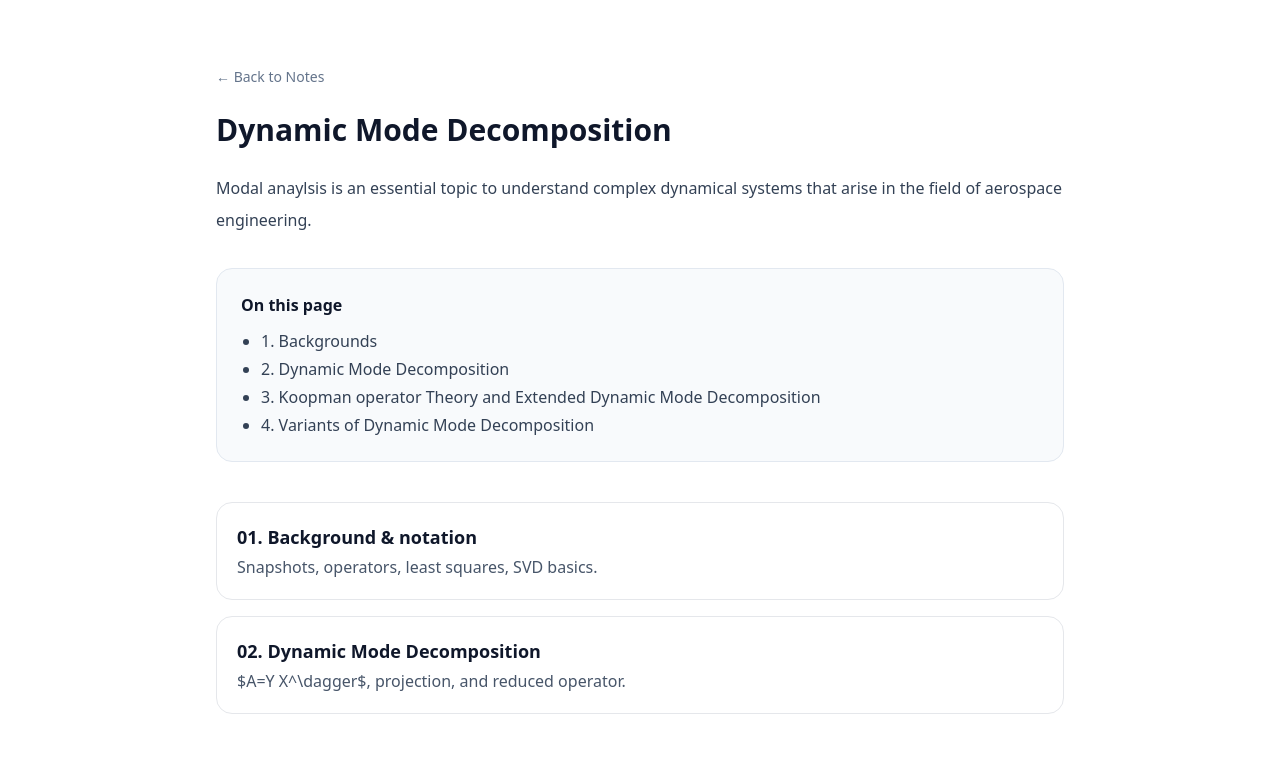
Repository: JWS625/JWS625.github.io
Page: notes/modal_analysis/index.html
These files come from the project's save history. The page is drawn as it stood at one moment and after the next save; the edit follows.
The browser window is 1280 px wide. The pictures show the whole page.
Some web libraries are served in a nearby version.

Above is the page before, as saved 2026-02-20 19:16:29.

After the next save:
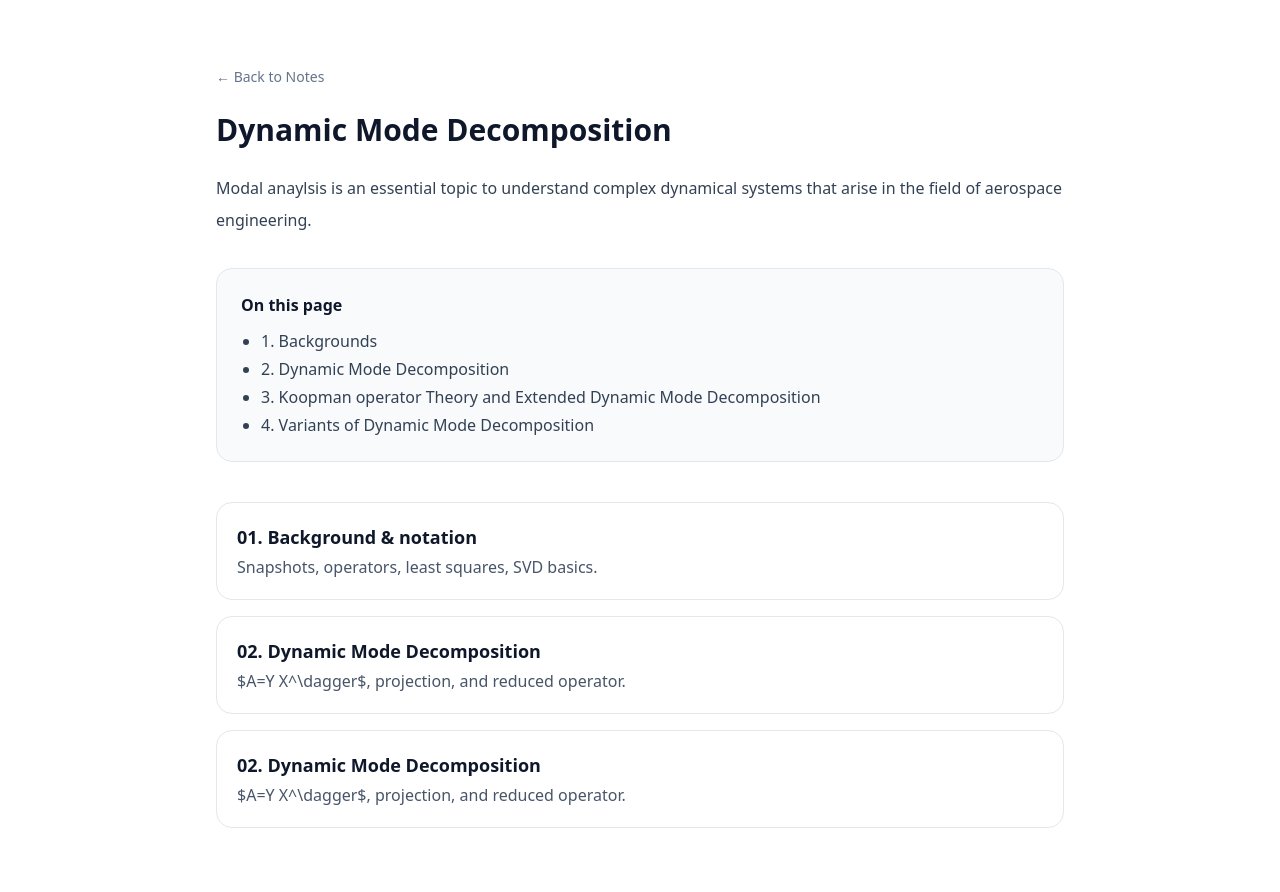
Saved 58 s later.
--- a/notes/modal_analysis/index.html
+++ b/notes/modal_analysis/index.html
@@ -40,6 +40,11 @@
       <h2 class="text-lg font-semibold">02. Dynamic Mode Decomposition</h2>
       <p class="mt-1 text-slate-600">$A=Y X^\dagger$, projection, and reduced operator.</p>
     </a>
+
+    <a href="04_variant_of_dynamic_mode_decomposition.html" class="block p-5 border rounded-2xl hover:bg-slate-50">
+      <h2 class="text-lg font-semibold">02. Dynamic Mode Decomposition</h2>
+      <p class="mt-1 text-slate-600">$A=Y X^\dagger$, projection, and reduced operator.</p>
+    </a>
   </div>
 
 </div>
